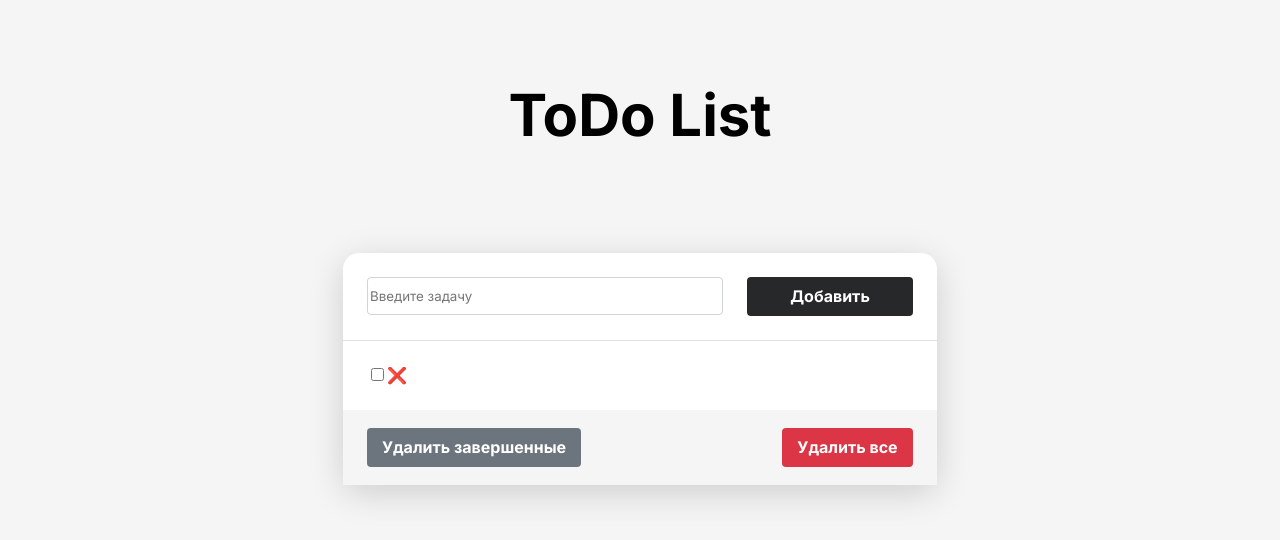
Repository: Tchistyakov/todolist
Page: /, after clicking the first element matching `button.add`
These files come from the project's save history. The page is drawn as it stood at one moment and after the next save; the edit follows.
The browser window is 1280 px wide. The pictures show the whole page.
The project was rebuilt for these pictures with package versions that can differ from the ones it lists, and the page was loaded fresh each time.

Above is the page before, as saved 2021-11-29 15:43:40.

After the next save:
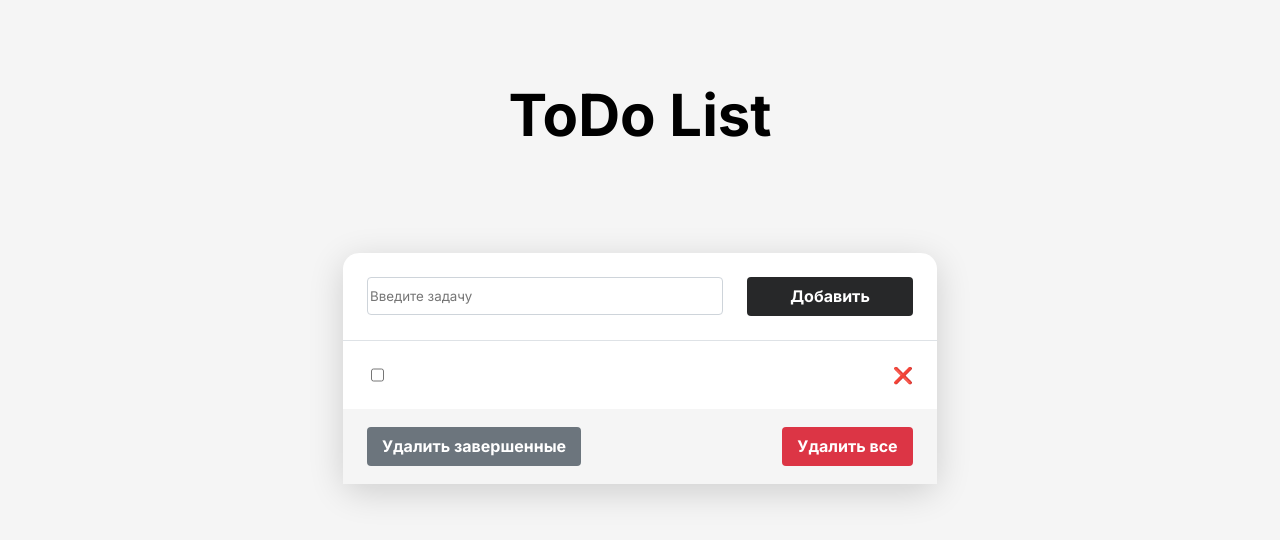
Saved 94 s later.
--- a/src/Main/Main.js
+++ b/src/Main/Main.js
@@ -17,7 +17,7 @@ function Main() {
         }
 
         return (
-            <div className={props.title} id={item.id} >
+            <div className='div-flex todo' id={item.id} >
                 <input type="checkbox" checked={item.checked} onChange={() => checkedChange()} />
                 <label className="task">{todoList}</label>
                 <span className="x" onClick={() => clouseX(item.id)}>❌</span>
@@ -26,7 +26,7 @@ function Main() {
     }
 
     function addTask() {
-        todo.push(<Tag title = 'TODO'/>)
+        todo.push(<Tag />)
         setTodos(todo => [...todo])
         setTodoList('')
     }
